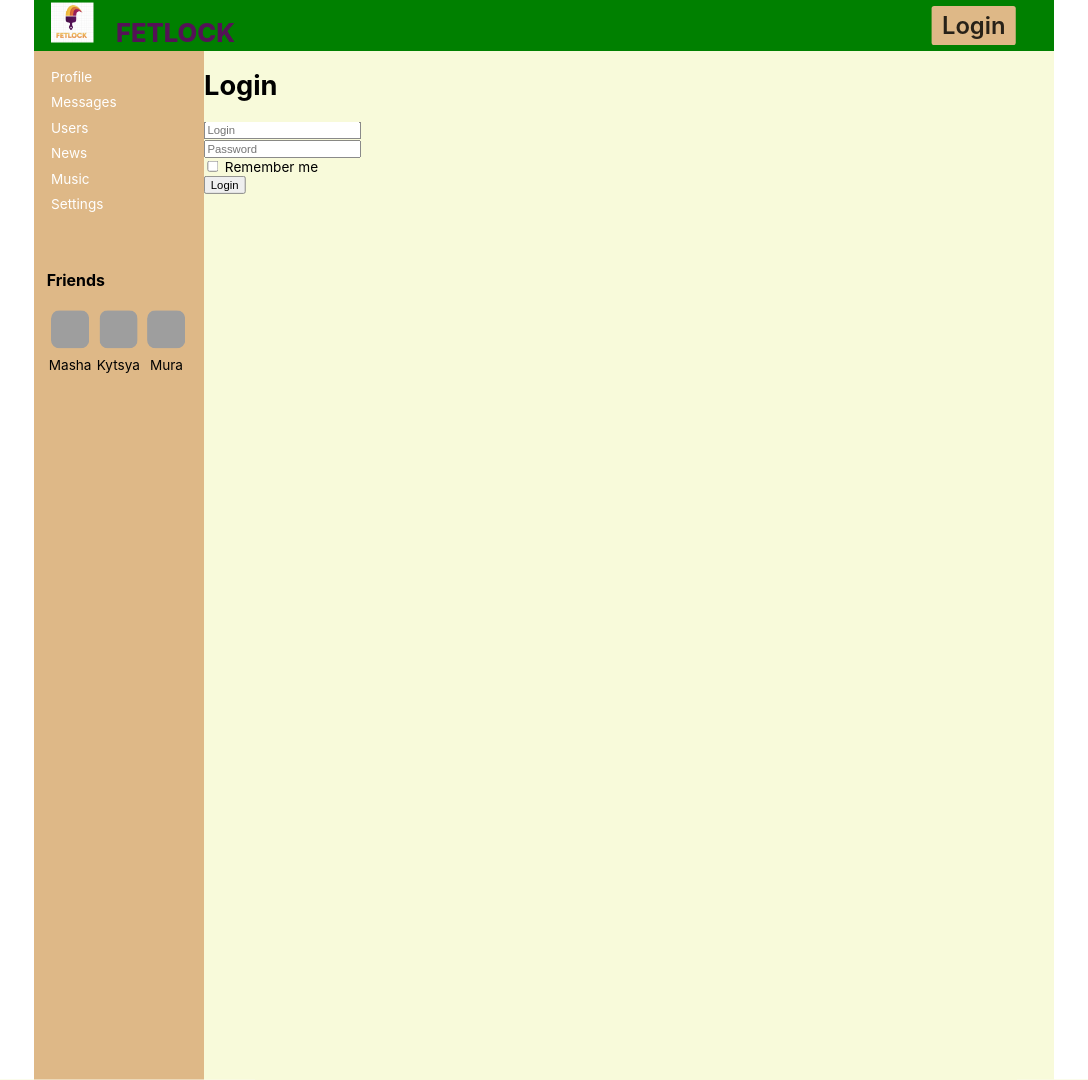
Repository: tetianatsymbal/react-way-of-samurai
Page: /dialogs
These files come from the project's save history. The page is drawn as it stood at one moment and after the next save; the edit follows.
The browser window is 1280 px wide. The pictures show the whole page, at 85% of full size.
Pictures or frames that could not be fetched are drawn as grey boxes. The page's requests for data from a server got no answer. The project was rebuilt for these pictures with package versions that can differ from the ones it lists, and the page was loaded fresh each time. No one was signed in, and anything a server would have sent is missing. Also part of the build but not shown: src/hoc/withAuthRedirect.js, src/components/Dialogs/Dialogs.module.css, src/components/Dialogs/DialogItem/DialogItem.module.css, src/components/Dialogs/DialogItem/DialogItem.jsx, src/components/Dialogs/Message/Message.module.css, src/components/Dialogs/Message/Message.jsx, src/components/Music/Music.jsx, src/components/News/News.module.css and 16 more.

Above is the page before, as saved 2022-08-16 22:16:16.

After the next save:
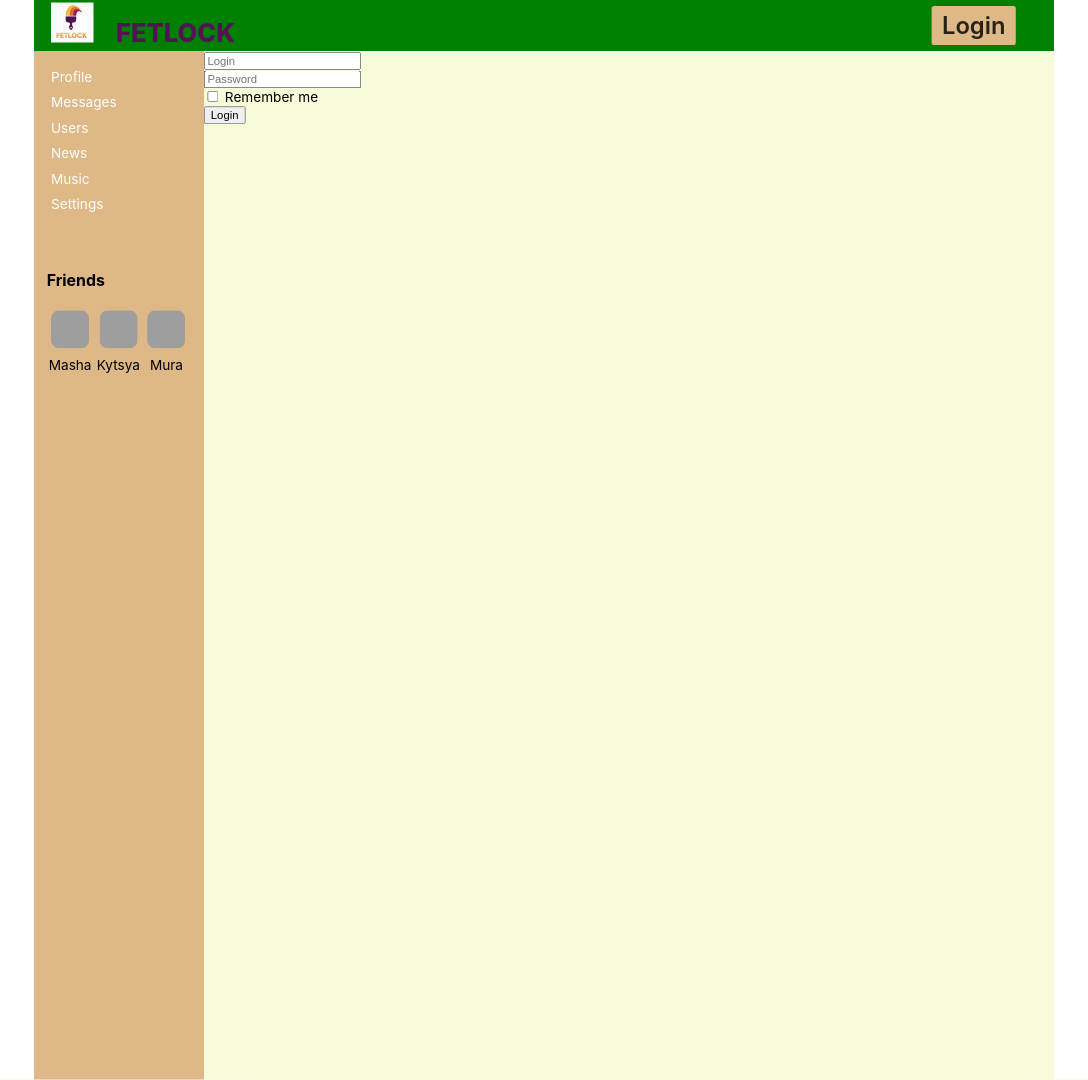
Saved 39 h 17 min later.
--- a/src/components/Login/Login.jsx
+++ b/src/components/Login/Login.jsx
@@ -34,4 +34,4 @@
      </div>
    );
  };
-export default Login;
+export default LoginReduxForm;

After the save that followed:
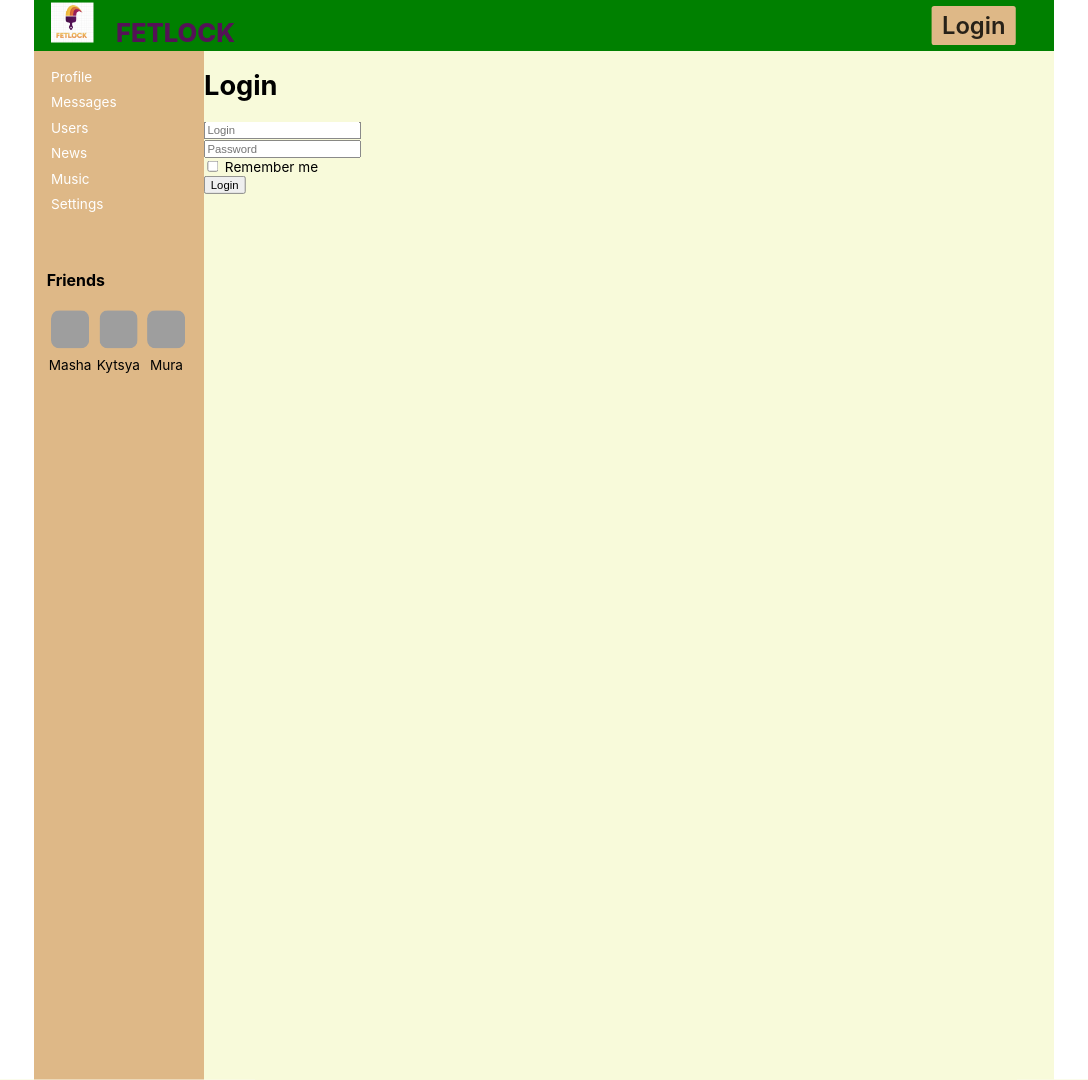
Saved 6 min 54 s later.
--- a/src/components/Login/Login.jsx
+++ b/src/components/Login/Login.jsx
@@ -34,4 +34,4 @@
      </div>
    );
  };
-export default LoginReduxForm;
+export default Login;
